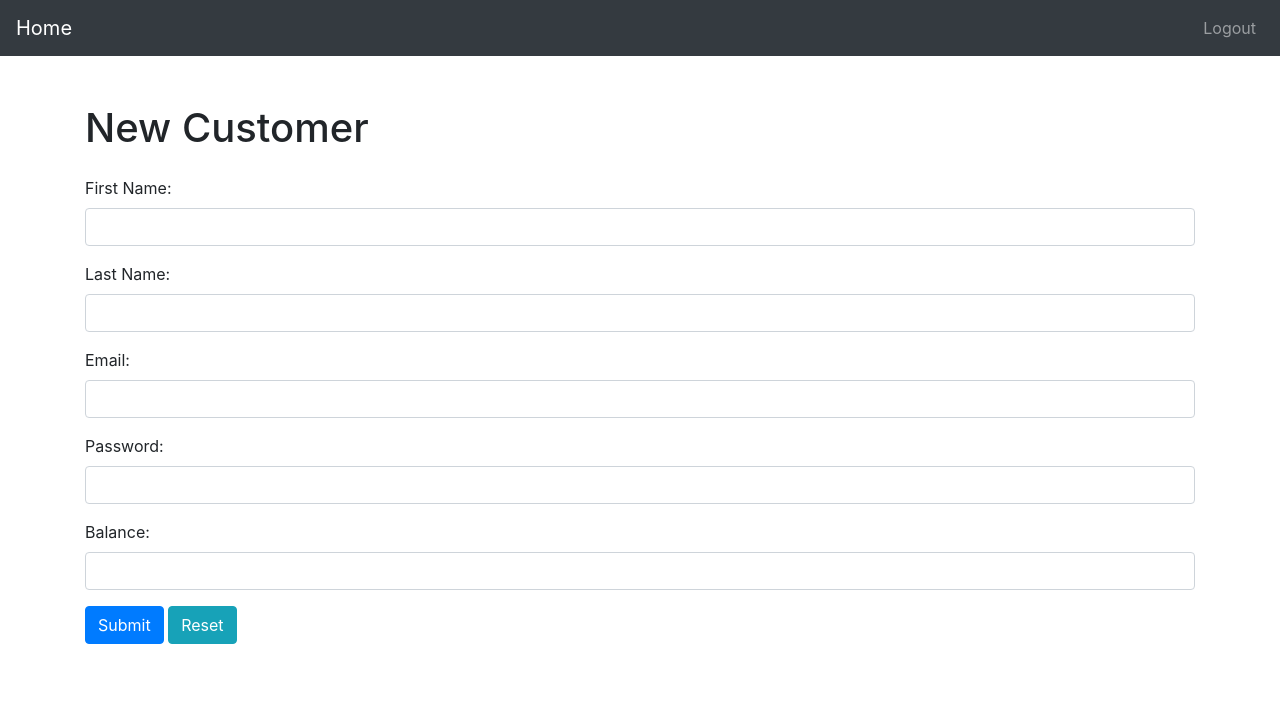
Repository: bhatideepak599/JspServlets
Page: http://localhost/11-bank-application/admin-add-new-Customers.jsp
These files come from the project's save history. The page is drawn as it stood at one moment and after the next save; the edit follows.
The browser window is 1280 px wide. The pictures show the whole page.
The page is served by Tomcat 9. Other server files are loaded and not shown.

Above is the page before, as saved 2024-07-22 13:50:22.

### 11-bank-application/WebContent/admin-add-new-Customers.jsp
<%@ page language="java" contentType="text/html; charset=ISO-8859-1"
    pageEncoding="ISO-8859-1"%>
<!DOCTYPE html>
<html>
<head>
    <meta charset="ISO-8859-1">
    <title>New Customer</title>
    <!-- Bootstrap CSS -->
    <link href="https://maxcdn.bootstrapcdn.com/bootstrap/4.5.2/css/bootstrap.min.css" rel="stylesheet">
</head>
<body>
<nav class="navbar navbar-expand-lg navbar-dark bg-dark">
    <a class="navbar-brand" href="AdminController">Home</a>
    <div class="collapse navbar-collapse">
      <ul class="navbar-nav ml-auto">
        <li class="nav-item"><a class="nav-link" href="LogoutServlet">Logout</a></li>
      </ul>
    </div>
  </nav>
    <div class="container mt-5">
        <h1 class="mb-4">New Customer</h1>
        <form action="AdminController?action=insertCustomer" method="post">
            <div class="form-group">
                <label for="firstName">First Name:</label>
                <input type="text" class="form-control" id="firstName" name="firstName">
            </div>
            <div class="form-group">
                <label for="lastName">Last Name:</label>
                <input type="text" class="form-control" id="lastName" name="lastName">
            </div>
            <div class="form-group">
                <label for="email">Email:</label>
                <input type="email" class="form-control" id="email" name="email">
            </div>
            <div class="form-group">
                <label for="password">Password:</label>
                <input type="password" class="form-control" id="password" name="password">
            </div>

            <div class="form-group">
                <label for="balance">Balance:</label>
                <input type="text" class="form-control" id="balance" name="balance">
            </div>
            <button type="submit" class="btn btn-primary">Submit</button>
            <button type="reset" class="btn btn-info">Reset</button>
        </form>
    </div>

    <!-- Bootstrap JS, Popper.js, and jQuery -->
    <script src="https://code.jquery.com/jquery-3.5.1.slim.min.js"></script>
    <script src="https://cdn.jsdelivr.net/npm/@popperjs/core@2.9.3/dist/umd/popper.min.js"></script>
    <script src="https://maxcdn.bootstrapcdn.com/bootstrap/4.5.2/js/bootstrap.min.js"></script>
</body>
</html>

After the next save:
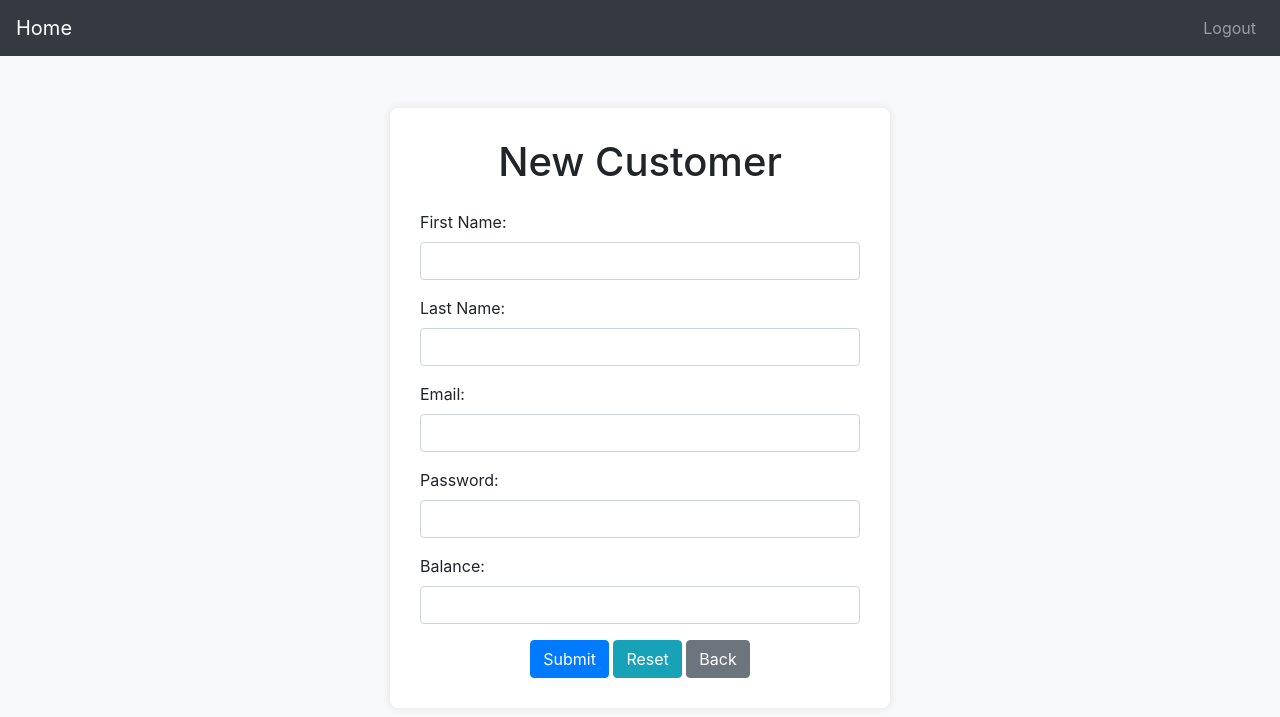
Saved 4 s later.
--- a/11-bank-application/WebContent/admin-add-new-Customers.jsp
+++ b/11-bank-application/WebContent/admin-add-new-Customers.jsp
@@ -7,42 +7,58 @@
     <title>New Customer</title>
     <!-- Bootstrap CSS -->
     <link href="https://maxcdn.bootstrapcdn.com/bootstrap/4.5.2/css/bootstrap.min.css" rel="stylesheet">
+    <style>
+        body {
+            background-color: #f8f9fa;
+            padding-top: 60px; /* Height of the navbar */
+        }
+        .container {
+            background: #fff;
+            padding: 30px;
+            border-radius: 8px;
+            box-shadow: 0 0 10px rgba(0, 0, 0, 0.1);
+            max-width: 500px; /* Adjust the width as needed */
+            margin: 0 auto;
+        }
+    </style>
 </head>
 <body>
-<nav class="navbar navbar-expand-lg navbar-dark bg-dark">
-    <a class="navbar-brand" href="AdminController">Home</a>
-    <div class="collapse navbar-collapse">
-      <ul class="navbar-nav ml-auto">
-        <li class="nav-item"><a class="nav-link" href="LogoutServlet">Logout</a></li>
-      </ul>
-    </div>
-  </nav>
+    <nav class="navbar navbar-expand-lg navbar-dark bg-dark fixed-top">
+        <a class="navbar-brand" href="AdminController">Home</a>
+        <div class="collapse navbar-collapse">
+            <ul class="navbar-nav ml-auto">
+                <li class="nav-item"><a class="nav-link" href="LogoutServlet">Logout</a></li>
+            </ul>
+        </div>
+    </nav>
     <div class="container mt-5">
-        <h1 class="mb-4">New Customer</h1>
+        <h1 class="mb-4 text-center">New Customer</h1>
         <form action="AdminController?action=insertCustomer" method="post">
             <div class="form-group">
                 <label for="firstName">First Name:</label>
-                <input type="text" class="form-control" id="firstName" name="firstName">
+                <input type="text" class="form-control" id="firstName" name="firstName" required>
             </div>
             <div class="form-group">
                 <label for="lastName">Last Name:</label>
-                <input type="text" class="form-control" id="lastName" name="lastName">
+                <input type="text" class="form-control" id="lastName" name="lastName" required>
             </div>
             <div class="form-group">
                 <label for="email">Email:</label>
-                <input type="email" class="form-control" id="email" name="email">
+                <input type="email" class="form-control" id="email" name="email" required>
             </div>
             <div class="form-group">
                 <label for="password">Password:</label>
-                <input type="password" class="form-control" id="password" name="password">
+                <input type="password" class="form-control" id="password" name="password" required>
             </div>
-
             <div class="form-group">
                 <label for="balance">Balance:</label>
-                <input type="text" class="form-control" id="balance" name="balance">
+                <input type="number" class="form-control" id="balance" name="balance" required>
             </div>
-            <button type="submit" class="btn btn-primary">Submit</button>
-            <button type="reset" class="btn btn-info">Reset</button>
+            <div class="text-center">
+                <button type="submit" class="btn btn-primary">Submit</button>
+                <button type="reset" class="btn btn-info">Reset</button>
+                <button type="button" class="btn btn-secondary" onclick="window.history.back();">Back</button>
+            </div>
         </form>
     </div>
 
